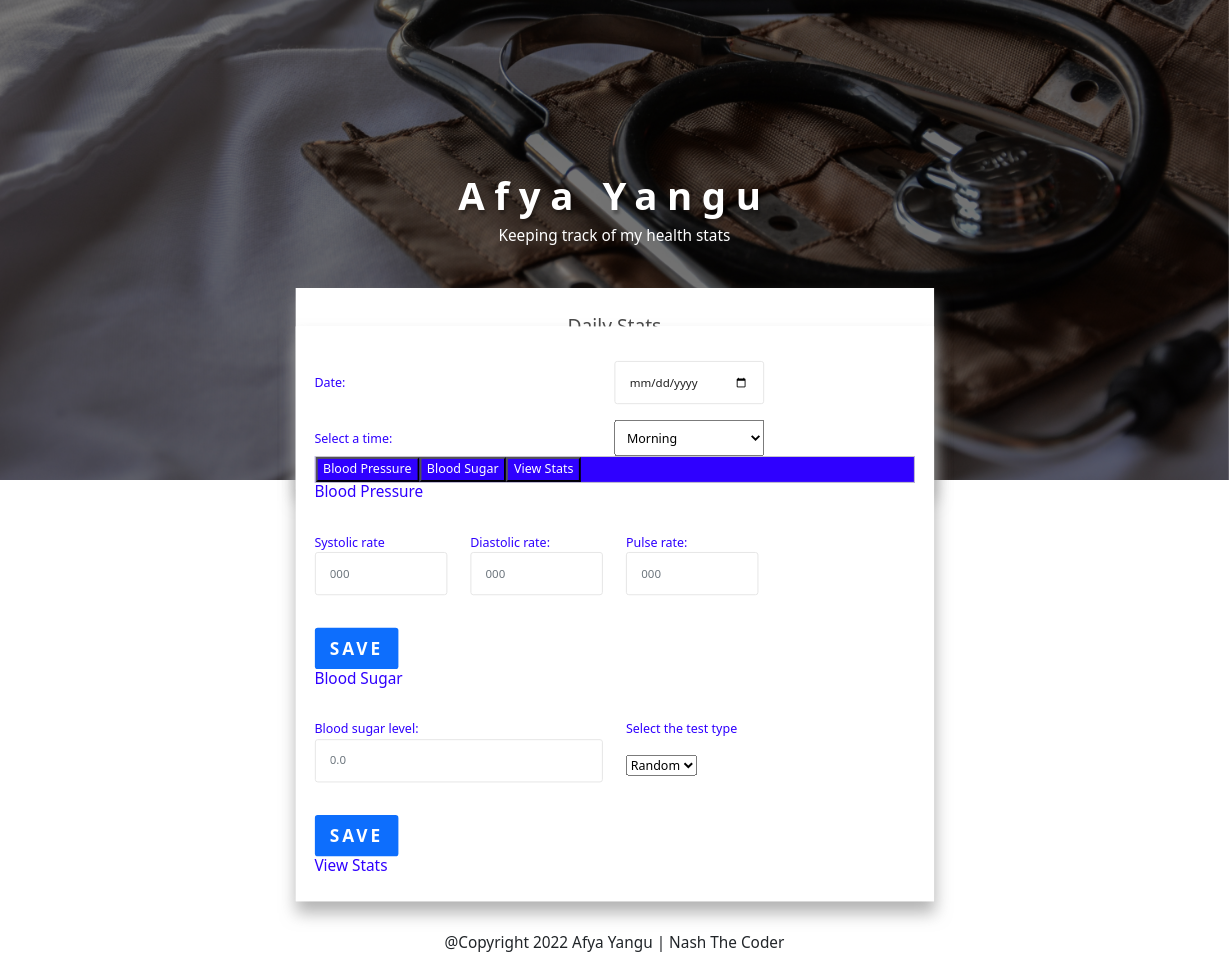
Repository: nashthecoder/afya_yangu
Page: / (app in client/)
The author's editor kept a copy of each file at every save. The page is drawn from the files as they stood at one save, then again after the next save.
The browser window is 1280 px wide. The pictures show the whole page, at 96% of full size.
The project was rebuilt for these pictures with package versions that can differ from the ones it lists, and the page was loaded fresh each time.

Above is the page before, as saved 2022-03-17 07:30:18.

### client/public/index.html
<!DOCTYPE html>
<html lang="en">
  <head>
    <meta charset="utf-8" />
    <link rel="icon" href="%PUBLIC_URL%/favicon.ico" />
    <meta name="viewport" content="width=device-width, initial-scale=1" />
    <meta name="theme-color" content="#000000" />
    <meta
      name="description"
      content="Web site created using create-react-app"
    />
    <link rel="apple-touch-icon" href="%PUBLIC_URL%/logo192.png" />
    <!--
      manifest.json provides metadata used when your web app is installed on a
      user's mobile device or desktop. See https://developers.google.com/web/fundamentals/web-app-manifest/
    -->
    <link rel="manifest" href="%PUBLIC_URL%/manifest.json" />
    <!--
      Notice the use of %PUBLIC_URL% in the tags above.
      It will be replaced with the URL of the `public` folder during the build.
      Only files inside the `public` folder can be referenced from the HTML.

      Unlike "/favicon.ico" or "favicon.ico", "%PUBLIC_URL%/favicon.ico" will
      work correctly both with client-side routing and a non-root public URL.
      Learn how to configure a non-root public URL by running `npm run build`.
    -->
    <title>Afya Yangu</title>
  </head>
  <body>
    <noscript>You need to enable JavaScript to run this app.</noscript>
    <div id="root"></div>
    <!--
      This HTML file is a template.
      If you open it directly in the browser, you will see an empty page.

      You can add webfonts, meta tags, or analytics to this file.
      The build step will place the bundled scripts into the <body> tag.

      To begin the development, run `npm start` or `yarn start`.
      To create a production bundle, use `npm run build` or `yarn build`.
    -->
  </body>
</html>

### client/src/index.js
import React from 'react';
import ReactDOM from 'react-dom';
import App from './App';
import reportWebVitals from './reportWebVitals';
import '../src/style.scss';

ReactDOM.render(
  <React.StrictMode>
    <App />
  </React.StrictMode>,
  document.getElementById('root')
);

// If you want to start measuring performance in your app, pass a function
// to log results (for example: reportWebVitals(console.log))
// or send to an analytics endpoint. Learn more: https://bit.ly/CRA-vitals
reportWebVitals();

### client/src/App.js
import React from 'react'
import Banner from './components/Banner'
import Header from './components/Header'
import Form from './components/Form'
import Footer from './components/Footer'
function App() {
  return (
    <div className="App">
      <Banner />
      <Header />
      <Form />
      <Footer />
    </div>
  );
}

export default App;

### client/src/style.scss
@import '../node_modules/bootstrap/scss/bootstrap.scss';
/*********************************************/
/*             GENERAL CSS              */
/*********************************************/

body {
    width: 100%;
    position: relative;
}

p.main-form-text {
    font-size: 20px !important;
    font-weight: 500;
    color: #494949;
}

h3 {
    font-size: 40px;
    letter-spacing: 10px;
    font-weight: bold;
}

h4 {
    font-size: 16px;
}

img {
    width: 100%;
    height: 100%;
}

form {
    position: relative;
}

/*********************************************/
/*              UTILITY CSS             */
/*********************************************/

input,
input.form-control {
    color: #222;
    font-size: 12px;
    background: $white;
    padding: 0 15px;
    width: 100%;
    height: 45px;
    line-height: 46px;
    outline: none;
    border: 1px solid #e5e5e5;
    border-radius: 3px;
    box-shadow: none;
    transition: all 0.3s;
}

.btn-primary {
    font-weight: 600;
    font-size: 18px;
    cursor: pointer;
    display: inline-block;
    text-transform: uppercase;
    border: none;
    color: $white;
    border-radius: 3px;
    transition: all 0.3s;
    letter-spacing: 3px;
}

.btn-primary:hover,
.btn-primary:focus {
    background-color: #2b2b2b;
}

.banner {
    background-image: url("./images/bg.jpg");
    min-height: 500px;
    padding: 40px 0px;
    position: relative;
    background-position: center center;
    background-size: cover;
    background-repeat: no-repeat;
}

.banner::before {
    content: "";
    width: 100%;
    height: 100%;
    opacity: 0.5;
    background-color: #000;
    position: absolute;
    top: 0;
}

.brand {
    text-shadow: 2px 4px 3px rgba(0, 0, 0, 0.3);
}

.caption-text {
    margin-top: 130px;
    color: $white;
    position: relative;
}

/*********************************************/
/*              BANNER CSS              */
/*********************************************/

.banner {
    background-image: url("./images/bg.jpg");
    min-height: 500px;
    padding: 40px 0px;
    position: relative;
    background-position: center center;
    background-size: cover;
    background-repeat: no-repeat;
}

.banner::before {
    content: "";
    width: 100%;
    height: 100%;
    opacity: 0.5;
    background-color: #000;
    position: absolute;
    top: 0;
}

.brand {
    text-shadow: 2px 4px 3px rgba(0, 0, 0, 0.3);
}

.caption-text {
    margin-top: 130px;
    color: $white;
    position: relative;
}

/*********************************************/
/*              FORM CSS                "/
/*********************************************/

.form-box #box-title {
    position: relative;
    padding: 10px;
    text-align: center;
}

.form-box #box-title p {
    margin-bottom: 0;
    font-size: 14px;
}

.fill-form {
    position: relative;
    margin: -210px auto 0px auto;
    box-shadow: 1px 12px 16px 1px rgba(153, 153, 153, 0.75);
    -webkit-box-shadow: 1px 12px 16px 1px rgba(153, 153, 153, 0.75);
    -moz-box-shadow: 1px 12px 16px 1px rgba(153, 153, 153, 0.75);
}

.fill-form .form-box__content {
    padding: 20px;
    margin-bottom: 30px;
    background-color: $white;
}

.row {
    padding-top: 10px;
    color: rgb(47, 0, 255);
    font-size: small;
}

.radio-button {
    font: 1rem 'Fira Sans', sans-serif;
}

.radio-button input {
    margin: .4rem;
}


/*********************************************/
/*              TAB CSS                  "/
/*********************************************/
.tab {
    overflow:hidden;
    border: 1px solid #ccc;
    background-color: rgb(47, 0, 255);
}

.tab button {
    background-color: inherit;
    color: #fff;
}

.tabcontent {
    display: none;
    padding: 6px 12px;
    border: 1px solid #ccc;
    border-top: none;
}
/*********************************************/
/*               FOOTER CSS                  "/
/*********************************************/

footer p {
    margin: 55px 0px 60px 0px;
    padding-top: 20px;
    font-size: 17px;
    font-weight: 600;
    color: transparent;
    -webkit-background-clip: text;
    -moz-background-clip: text;
    background-clip: text;
}


/*********************************************/
/*              MEDIA QUERIES CSS           "/
/*********************************************/

@media only screen and (min-width: 994px) and (max-width: 1398px) and (-webkit-min-device-pixel-ratio: 1) {
    .form-box #box-title {
        padding: 5px 20px 20px 20px;
    }
}

@media only screen and (min-width: 767px) and (max-width: 1196px) and (-webkit-min-device-pixel-ratio: 1) {
    .form-box #box-title {
        padding: 0px;
    }
    .fill-form .form-box__content {
        padding: 50px 50px 60px 50px;
    }
}

@media only screen and (min-width: 500px) and (max-width: 766px) and (-webkit-min-device-pixel-ratio: 1) {
    .form-box #box-title {
        padding: 0px;
    }
    .fill-form .form-box__content {
        padding: 50px 50px 60px 50px;
    }
    h3.brand {
        font-size: 30px;
    }
    .caption-text h4 {
        font-size: 14px;
    }
    .caption-text {
        margin-top: 110px;
    }
    footer {
        margin-bottom: 30px;
    }
    .form-box__img {
        display: none;
    }
}

@media only screen and (min-width: 360px) and (max-width: 499px) and (-webkit-min-device-pixel-ratio: 1) {
    .caption-text {
        margin-top: 30px;
    }
    h3.brand {
        font-size: 19px;
    }
    .banner {
        min-height: 400px;
    }
    .form-box__img {
        display: none;
    }
    footer {
        margin-bottom: 10px;
    }
}

@media only screen and (max-width: 359px) {
    .caption-text {
        margin-top: 30px;
    }
    h3.brand {
        font-size: 17px;
    }
    .caption-text h4 {
        font-size: 12px;
    }
    .banner {
        min-height: 400px;
    }
    .form-box__img {
        display: none;
    }
    .form-box #box-title {
        padding: 0px 30px 30px;
    }
}

### client/src/components/Banner.js
import React from 'react'

const Banner = () => {
    return (
        <>
        <header>
            <div className="banner">
                <div className="container">
                    <div className="row">
                        <div className="col-lg-9 offset-lg-3 mx-auto">
                            <div className="caption-text text-center">
                                <h3 className="brand">Afya Yangu</h3>
                                <h4> Keeping track of my health stats</h4>
                            </div>
                        </div>
                    </div>
                </div>
            </div>
        </header>
        </>
    )
}

export default Banner

### client/src/components/Header.js
import React from 'react'

const Header = () => {
    return (
        <>
        <section>
            <div className="container">
                <div className="row">
                <div className="col-lg-7 offset-lg-2 g-0 mx-auto">
                    <div className="fill-form form-box">
                            <div className="form-box__content">
                            <div id="box-title">
                                <p className="main-form-text">Daily Stats</p>
                            </div>
                            <div className="top-container row-cols-2">
                                <label for="date">Date:</label>
                                <input className="col-3 mt-3" type="date" id="date" name="date" />
                            <label for="test">Select a time:</label>
                                    <select className="col-3 mt-3 p-2"type="time" id="test" name="test">
                                        <option selected>Morning</option>
                                        <option>Evening</option>
                                    </select>
                                </div>
                            </div>
                        </div>
                    </div>
                </div>
                </div>
        </section>
        </>
    )
}

export default Header

### client/src/components/Form.js
import React from 'react'

const Form = () => {
    return (
        <>
        <section>
            <div className="container">
                <div className="row">
                <div className="col-lg-7 offset-lg-2 g-0 mx-auto">
                    <div className="fill-form form-box">
                            <div className="form-box__content">
                            <div className="top-container row-cols-2">
                                <label for="date">Date:</label>
                                <input className="col-3 mt-3" type="date" id="date" name="date" />
                            <label for="test">Select a time:</label>
                                    <select className="col-3 mt-3 p-2"type="time" id="test" name="test">
                                        <option selected>Morning</option>
                                        <option>Evening</option>
                                    </select>
                                </div>
                                <div className="tab">
                                    <button className="tablinks">Blood Pressure</button>
                                    <button className="tablinks">Blood Sugar</button>
                                    <button className="tablinks">View Stats</button>
                                </div>
                                <div className="tabContent">
                                <h4>Blood Pressure</h4>
                                <form>
                                    <div class="row row-cols-3">
                                    <div className="col-3 mt-3">
                                        <label for="systolic-number">Systolic rate</label>
                                        <input
                                            class="form-control"
                                            id="systolic-number"
                                            name="systolic-number"
                                            placeholder='000'
                                            type="number"
                                        />
                                    </div>
                                    <div className="col-3 mt-3">
                                        <label for="diastolic-number">Diastolic rate:</label>
                                        <input
                                            className="form-control"
                                            id="diastolic-number"
                                            name="diastolic-number"
                                            placeholder='000'
                                            type="number"
                                        />
                                    </div>
                                    <div className="col-3 mt-3">
                                    <label for="pulse-rate">Pulse rate:</label>
                                    <input
                                        className="form-control"
                                        id="pulse-rate"
                                        name="pulse-rate"
                                        placeholder='000'
                                        type="number"
                                    />
                                    </div>
                                    </div>
                                    <div className="d-grid mt-4">
                                    <div class="container">
                                        <div class="row">
                                            <div class="col">
                                                <button class="btn btn-primary btn-lg" type="submit" value="save">
                                                    Save
                                                </button>
                                            </div>
                                        </div>
                                    </div>
                                    </div>
                                </form>
                                </div>
                                <div className="tabContent">
                                <h4>Blood Sugar</h4>
                                <form>
                                    <div class="row row-cols-2">
                                    <div className=" col-6 mt-3">
                                        <label for="bloodSugar-level">Blood sugar level:</label>
                                        <input
                                            class="form-control"
                                            id="bloodSugar-level"
                                            name="bloodSugar-level"
                                            type="number"
                                            step='0.1'
                                            placeholder='0.0'
                                        />
                                    </div>
                                    <div className="mt-3">
                                        <p>Select the test type</p>
                                        <select id="simple" name="simple">
                                            <option selected>Random</option>
                                            <option>Fasted</option>
                                        </select>
                                    </div>
                                    </div>
                                    <div className="d-grid mt-4">
                                    <div class="container">
                                        <div class="row">
                                            <div class="col">
                                                <button class="btn btn-primary btn-lg" type="submit" value="save">
                                                    Save
                                                </button>
                                            </div>
                                        </div>
                                    </div>
                                    </div>
                                </form>
                                </div>
                                <div className="tabContent">
                                <h4>View Stats</h4></div>
                            </div>
                        </div>
                    </div>
                </div>
                </div>
        </section>
        </>
    )
}

export default Form

### client/src/components/Footer.js
import React from 'react'

const Footer = () => {
    return (
        <>
        <div>
            <p className="footer text-center">@Copyright 2022 Afya Yangu | Nash The Coder</p>
        </div>
        </>
    )
}

export default Footer

Loaded but not shown: client/src/reportWebVitals.js (common file)

After the next save:
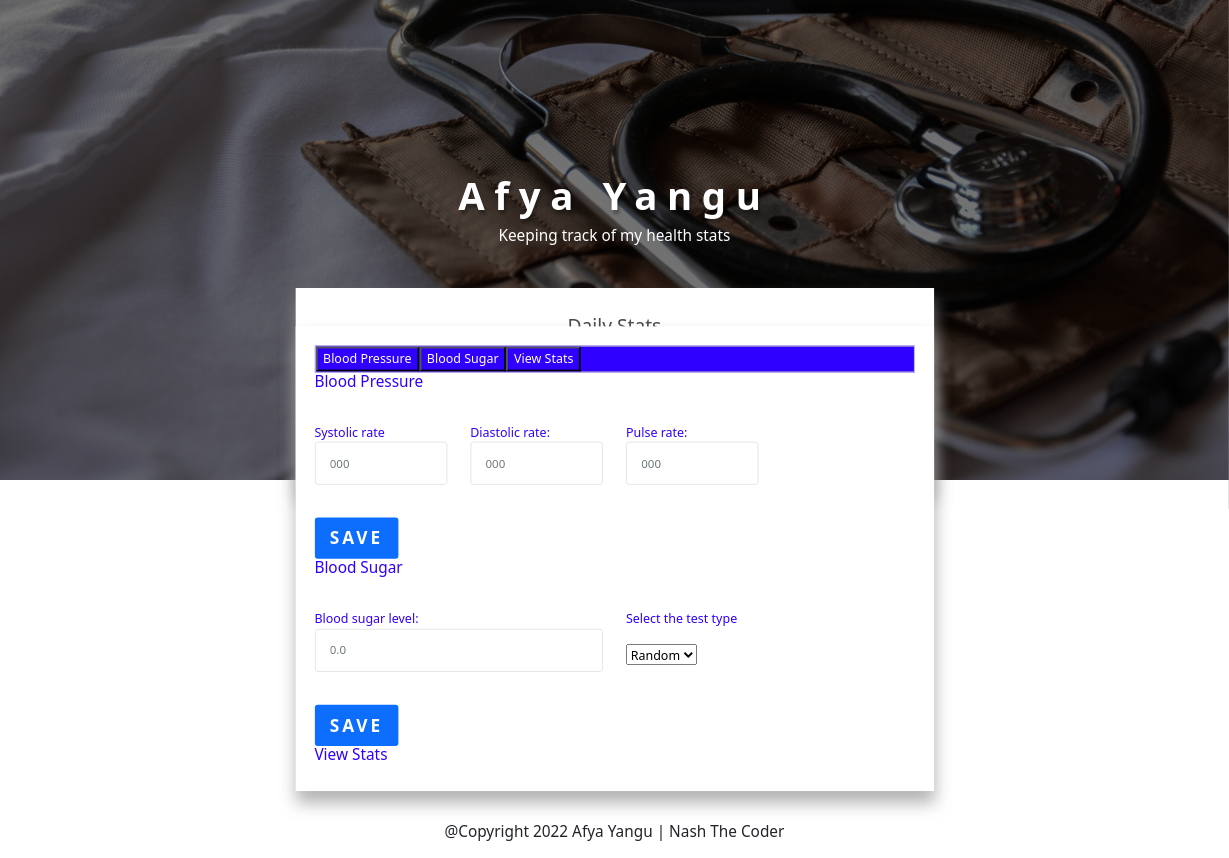
Saved 56 min 17 s later.
--- a/client/src/components/Form.js
+++ b/client/src/components/Form.js
@@ -9,15 +9,6 @@ const Form = () => {
                 <div className="col-lg-7 offset-lg-2 g-0 mx-auto">
                     <div className="fill-form form-box">
                             <div className="form-box__content">
-                            <div className="top-container row-cols-2">
-                                <label for="date">Date:</label>
-                                <input className="col-3 mt-3" type="date" id="date" name="date" />
-                            <label for="test">Select a time:</label>
-                                    <select className="col-3 mt-3 p-2"type="time" id="test" name="test">
-                                        <option selected>Morning</option>
-                                        <option>Evening</option>
-                                    </select>
-                                </div>
                                 <div className="tab">
                                     <button className="tablinks">Blood Pressure</button>
                                     <button className="tablinks">Blood Sugar</button>
